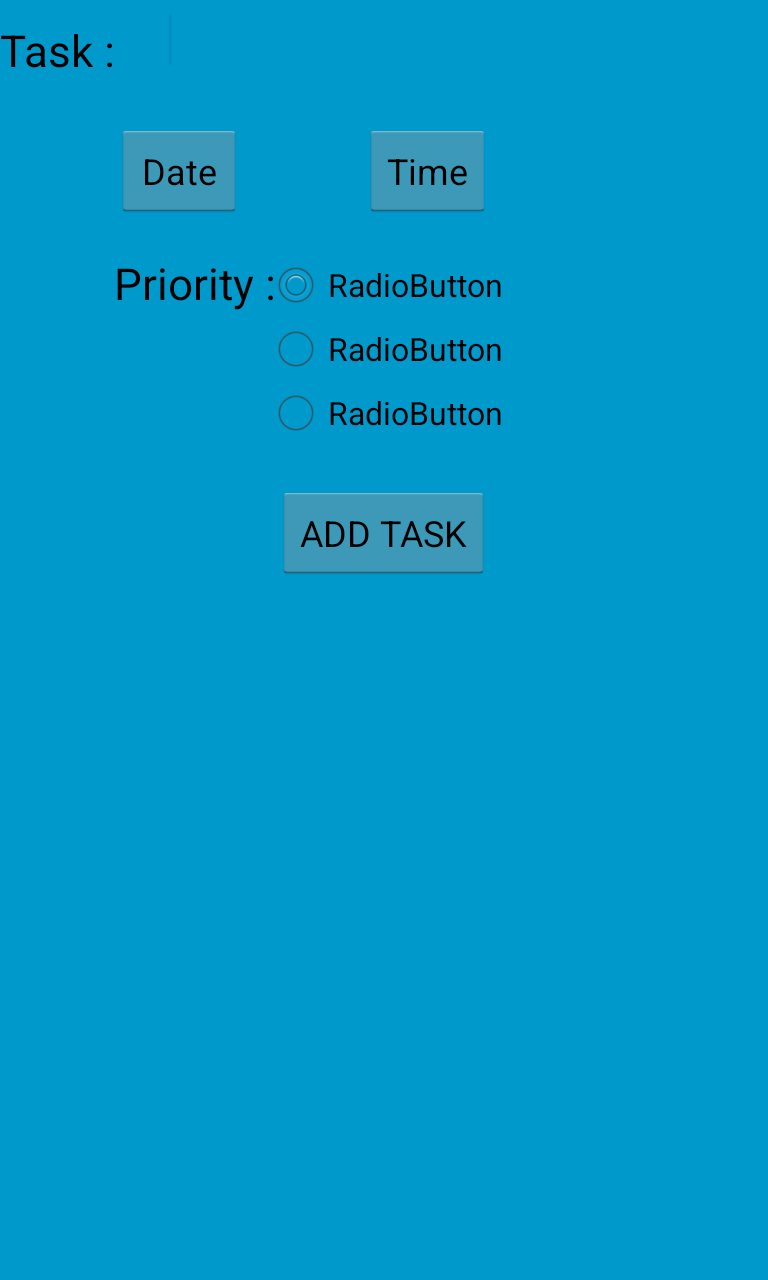
Repository: satyadarls/ToDo
Layout: ToDo/res/layout/customdialog_layout.xml
The author's editor kept a copy of each file at every save. The layout is drawn from the files as they stood at one save, then again after the next save.
It is drawn on a 768 x 1280 px phone screen (xhdpi) without system bars, with theme AppTheme; the app's code is not run.

Above is the layout before, as saved 2014-07-03 13:03:31.

### ToDo/res/layout/customdialog_layout.xml
<?xml version="1.0" encoding="utf-8"?>
<RelativeLayout xmlns:android="http://schemas.android.com/apk/res/android"
    xmlns:android1="http://schemas.android.com/apk/res/android"
    android:layout_width="match_parent"
    android:layout_height="match_parent"
    android:background="#0099CC" >

    <TextView
        android:id="@+id/textView1"
        android:layout_width="wrap_content"
        android:layout_height="wrap_content"
        android:layout_alignBottom="@+id/dialogTaskText"
        android:layout_alignParentLeft="true"
        android:text="Task :"
        android:textAppearance="?android:attr/textAppearanceLarge" />

    <Button
        android:id="@+id/timebutton"
        android:layout_width="wrap_content"
        android:layout_height="wrap_content"
        android:layout_alignBaseline="@+id/datebutton"
        android:layout_alignBottom="@+id/datebutton"
        android:layout_marginLeft="60dp"
        android:layout_toRightOf="@+id/datebutton"
        android:text="Time" />

    <Button
        android:id="@+id/datebutton"
        android:layout_width="wrap_content"
        android:layout_height="wrap_content"
        android:layout_below="@+id/dialogTaskText"
        android:layout_marginTop="22dp"
        android:layout_toRightOf="@+id/textView1"
        android:text="Date" />

    <EditText
        android:id="@+id/dialogTaskText"
        android:layout_width="wrap_content"
        android:layout_height="wrap_content"
        android:layout_alignLeft="@+id/datebutton"
        android:layout_alignParentTop="true"
        android:layout_marginLeft="15dp"
        android:ems="10" >

        <requestFocus />
    </EditText>

    <Button
        android1:id="@+id/dialogButton"
        android1:layout_width="wrap_content"
        android1:layout_height="wrap_content"
        android1:layout_below="@+id/timebutton"
        android1:layout_centerHorizontal="true"
        android1:layout_marginTop="133dp"
        android1:text="ADD TASK" />

    <RadioGroup
        android1:id="@+id/radioGroup1"
        android1:layout_width="wrap_content"
        android1:layout_height="wrap_content"
        android1:layout_below="@+id/timebutton"
        android1:layout_centerHorizontal="true"
        android1:layout_marginTop="17dp" >

        <RadioButton
            android1:id="@+id/radio0"
            android1:layout_width="wrap_content"
            android1:layout_height="wrap_content"
            android1:checked="true"
            android1:text="RadioButton" />

        <RadioButton
            android1:id="@+id/radio1"
            android1:layout_width="wrap_content"
            android1:layout_height="wrap_content"
            android1:text="RadioButton" />

        <RadioButton
            android1:id="@+id/radio2"
            android1:layout_width="wrap_content"
            android1:layout_height="wrap_content"
            android1:text="RadioButton" />
    </RadioGroup>

    <TextView
        android1:id="@+id/textView2"
        android1:layout_width="wrap_content"
        android1:layout_height="wrap_content"
        android1:layout_alignTop="@+id/radioGroup1"
        android1:layout_toLeftOf="@+id/dialogButton"
        android1:text="Priority :"
        android1:textAppearance="?android:attr/textAppearanceLarge" />

</RelativeLayout>

Loaded but not shown: ToDo/res/values/styles.xml (common file); ToDo/res/values-v11/styles.xml (common file); ToDo/res/values-v14/styles.xml (common file)

After the next save:
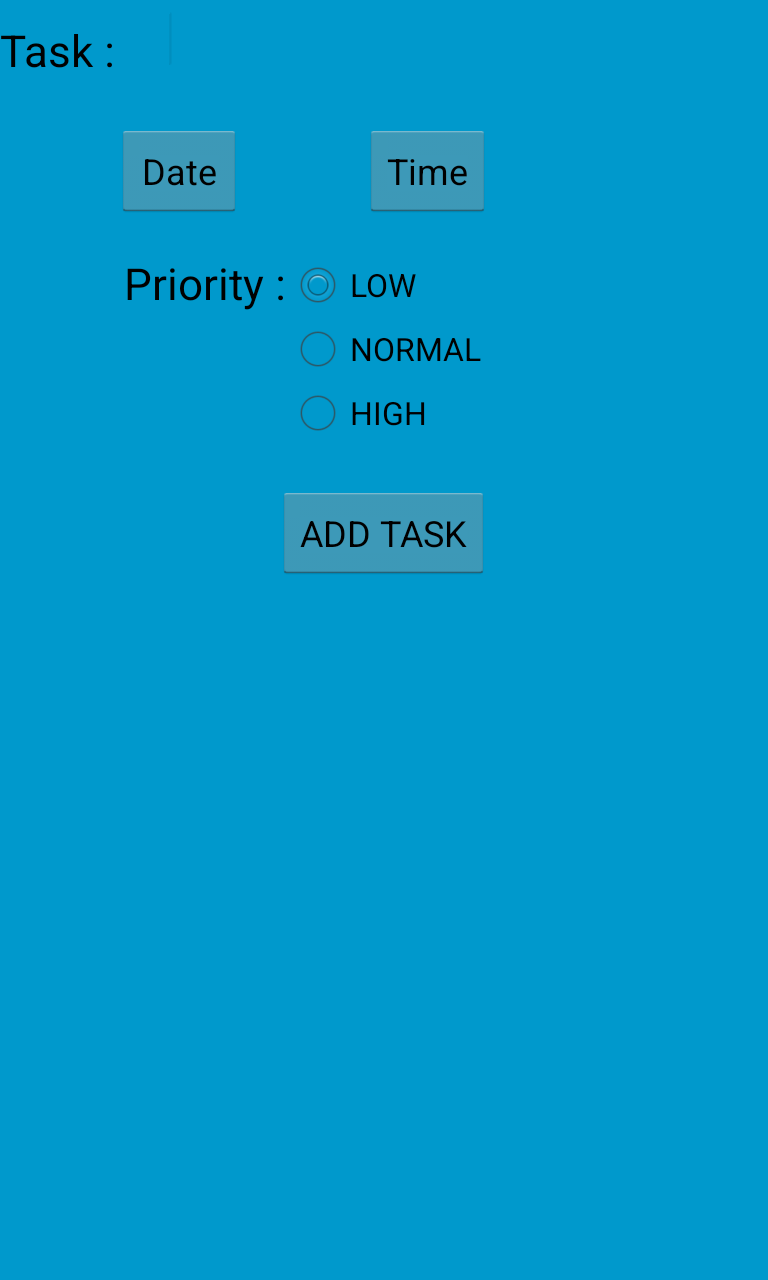
Saved 30 s later.
--- a/ToDo/res/layout/customdialog_layout.xml
+++ b/ToDo/res/layout/customdialog_layout.xml
@@ -67,19 +67,19 @@
             android1:layout_width="wrap_content"
             android1:layout_height="wrap_content"
             android1:checked="true"
-            android1:text="RadioButton" />
+            android1:text="LOW" />
 
         <RadioButton
             android1:id="@+id/radio1"
             android1:layout_width="wrap_content"
             android1:layout_height="wrap_content"
-            android1:text="RadioButton" />
+            android1:text="NORMAL" />
 
         <RadioButton
             android1:id="@+id/radio2"
             android1:layout_width="wrap_content"
             android1:layout_height="wrap_content"
-            android1:text="RadioButton" />
+            android1:text="HIGH" />
     </RadioGroup>
 
     <TextView
@@ -87,7 +87,7 @@
         android1:layout_width="wrap_content"
         android1:layout_height="wrap_content"
         android1:layout_alignTop="@+id/radioGroup1"
-        android1:layout_toLeftOf="@+id/dialogButton"
+        android1:layout_toLeftOf="@+id/radioGroup1"
         android1:text="Priority :"
         android1:textAppearance="?android:attr/textAppearanceLarge" />
 
